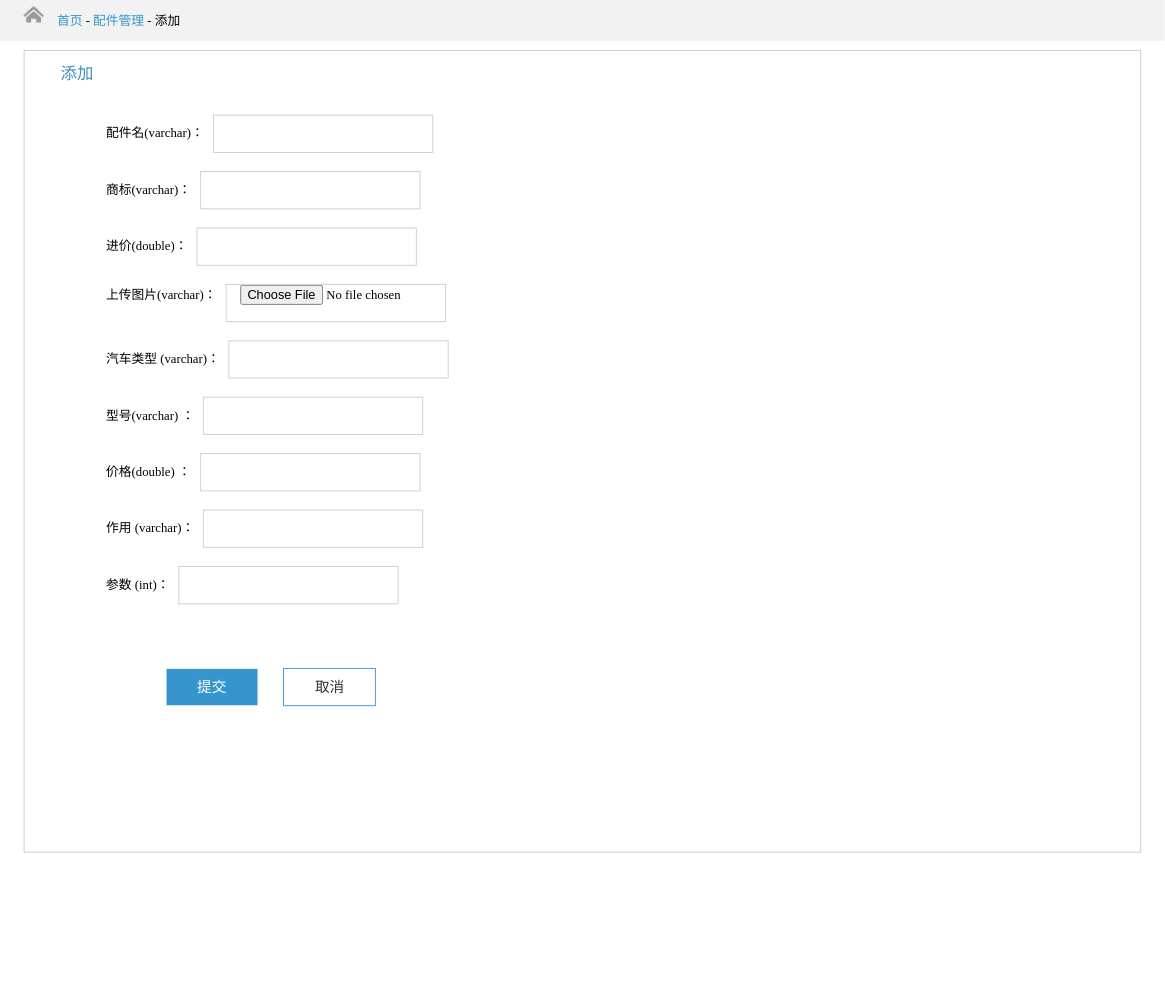
Repository: liaojingrui01/CarRepair
Page: http://localhost/CarWebPro/backstage/peijianadd.jsp
An editor plug-in stored every save of this project. The page is shown before and after the next save, followed by the edit.
The browser window is 1280 px wide. The pictures show the whole page, at 91% of full size.
The page is served by Tomcat 9. Other server files are loaded and not shown. The template is opened directly, without the code that normally fills it, so the values that code supplies are empty.

Above is the page before, as saved 2019-07-04 01:50:15.

### CarWebPro/WebContent/backstage/peijianadd.jsp
<%@ page language="java" contentType="text/html; charset=utf-8"
    pageEncoding="utf-8"%>
<!DOCTYPE html PUBLIC "-//W3C//DTD XHTML 1.0 Transitional//EN" "http://www.w3.org/TR/xhtml1/DTD/xhtml1-transitional.dtd">
<html xmlns="http://www.w3.org/1999/xhtml">
<head>
<meta http-equiv="Content-Type" content="text/html; charset=utf-8" />
<title>配件添加</title>
<link rel="stylesheet" type="text/css" href="./css/css.css" />
<script type="text/javascript" src="./js/jquery.min.js"></script>
</head>
<body>
	<div id="pageAll">
		<div class="pageTop">
			<div class="page">
				<img src="/CarWebPro/backstage/img/coin02.png" /><span><a href="/CarWebPro/backstage/index.jsp" target="index">首页</a>&nbsp;-&nbsp;<a
					href="/CarWebPro/backstage/index.jsp" target="index">配件管理</a>&nbsp;-</span>&nbsp;添加
			</div>
		</div>
		<div class="page ">
			<!-- 上传广告页面样式 -->
			<div class="banneradd bor">
				<div class="baTopNo">
					<span>添加</span>
				</div>
				<div class="baBody">
      <form action="${pageContext.request.contextPath }/StoUrl?op=saveBanner" method="post" enctype="multipart/form-data">
					<div class="bbD">
						配件名(varchar)：<input type="text" class="input3" name="partsName" />
					</div>
					<div class="bbD">
						商标(varchar)：<input type="text" class="input3" name="brand" />
					</div>
					<div class="bbD">
						进价(double)：<input type="text" class="input3" name="enterprise" />
					</div>
					<div class="bbD">
						上传图片(varchar)：<input type="file" class="input3" name="imge" />
					</div>
					<div class="bbD">
						汽车类型 (varchar)：<input type="text" class="input3" name="carType" />
					</div>
					<div class="bbD">
						型号(varchar) ：<input type="text" class="input3" name="typeNum" />
					</div>
					<div class="bbD">
						价格(double) ：<input type="text" class="input3" name="price" />
					</div>
					<div class="bbD">
						作用 (varchar)：<input type="text" class="input3" name="effect" value="${stoEnt.effect}"/>
					</div>
					<div class="bbD">
						参数 (int)：<input type="text" class="input3" name="num" value="${stoEnt.num}"/>
					</div>


					<div class="bbD">
						<p class="bbDP">
							<button class="btn_ok btn_yes" type="submit">提交</button>
							<a class="btn_ok btn_no" href="${pageContext.request.contextPath }/StoUrl?op=queryList" target="main">取消</a>

						</p>
					</div>
				</form>
				</div>
			</div>

			<!-- 上传广告页面样式end -->
		</div>
	</div>
</body>
</html>

### CarWebPro/WebContent/backstage/css/css.css
@charset "utf-8";

* {
	padding: 0;
	margin: 0;
	font-family: "Microsoft YaHei";
	font-size: 14px;
}
#hides{display: none;}
a {
	text-decoration: none;
}

li {
	list-style-type: none;
}

/*全局定义css*/
#pageAll {
	width: 100%;
	overflow: hidden;
}

#pageAll .page {
	width: 96%;
	margin: 0px auto;
}

.pageTop {
	width: 100%;
	height: 45px;
	line-height: 45px;
	background-color: #f2f2f2;
}

.pageTop span {
	margin-left: 15px;
}

.pageTop a {
	color: #3695cc;
}

/*表格和 分页公共CSS*/
table {
	border-collapse: collapse;
}

tr {

}

td {
	text-align: center;
	border: 1px solid #dcdbdb;
}

.tdColor {
	height: 40px;
	background-color: #f2f2f2;
	color: #438eb9;
}

.tdC {
	color: #333;
}

.paging {
	width: 100%;
	margin-top: 50px;
	margin-bottom: 90px;
	text-align: right;
}
/*表格和 分页公共CSS end*/

/*广告页面CSS*/
.banner {

}

.banner .add {
	width: 100%;
	height: 120px;
}

.addA {
	display: inline-block;
	width: 160px;
	height: 35px;
	background-color: #47a4e1;
	line-height: 35px;
	text-align: center;
	color: #fff;
	margin-top: 40px;
	margin-left: 40px;
	font-size: 16px;
}
.hbHides1{display: none;}
.banner .banShow {

}

.banner .banShow .bsImg {
	margin-top: 15px;
	margin-bottom: 15px;
	width: 185px;
	height: 90px;
	overflow: hidden;
	margin-left: 66px;
}

.banner .banShow .bsImg img {
	max-width: 100%;
	max-height: 100%;
}

.banner .banShow .bsA {
	color: #333;
}

.operation {
	margin-left: 5px;
	margin-right: 5px;
	cursor: pointer;
}

.banDel {
	width: 100%;
	height: 100%;
	background-color: rgba(0, 0, 0, 0.29);
	position: fixed;
	top: 0px;
	display: none;
}

.cutMoney {
	width: 100%;
	height: 100%;
	background-color: rgba(0, 0, 0, 0.29);
	position: fixed;
	top: 0px;
	display: none;
}

.delete {
	width: 460px;
	margin: auto;
	background-color: #fff;
	text-align: center;
	position: relative;
	top: 20%;
}

.delete .close {
	height: 30px;
	text-align: right;
}

.delete .close img {
	margin-right: 5px;
	margin-top: 5px;
	cursor: pointer;
}

.banDel .delete .delP1 {
	margin-top: 40px;
	font-size: 20px;
}

.banDel .delete .delP2 {

}

.banDel .delete .delP2 .ok {
	display: inline-block;
	width: 100px;
	height: 40px;
	line-height: 40px;
	background-color: #3695cc;
	color: #fff;
	margin-top: 65px;
	margin-left: 25px;
	margin-right: 25px;
	font-size: 16px;
	cursor: pointer;
	margin-bottom: 65px;
}

.banDel .delete .delP2 .yes {
	color: #333;
	background-color: #fff;
	border: 1px solid #3695cc;
}

.banDel .delete .delP2 .no {

}
/*广告页面CSS end*/

/*广告上传编辑页面CSS*/
.bor {
	border: 1px solid #ccc;
}

.banneradd {
	margin-bottom: 160px;
	margin-top: 10px;
}

.baTopNo {
	width: 100%;
	border: none;
}

.baTopNo span {
	height: 50px;
	line-height: 50px;
	margin-left: 40px;
	font-size: 18px;
	color: #438eb9;
}

.baTop {
	width: 100%;
	border-bottom: 1px solid #ccc;
}

.baTop span {
	height: 50px;
	line-height: 50px;
	margin-left: 40px;
	font-size: 18px;
	color: #438eb9;
}

.baBody {
	margin-top: 20px;
	margin-left: 90px;
}

.bbD {
	margin-top: 20px;
}

.bbD .bbDP {

}

.bbD .bbDP .btn_ok {
	display: inline-block;
	width: 100px;
	height: 40px;
	line-height: 40px;
	background-color: #3695cc;
	color: #fff;
	margin-top: 50px;
	margin-right: 25px;
	font-size: 16px;
	cursor: pointer;
	text-align: center;
	margin-bottom: 160px;
	border: none;
}

.bbD .bbDP .btn_no {
	color: #333;
	background-color: #fff;
	border: 1px solid #3695cc;
}

.bbD .bbDP .btn_yes {
	margin-left: 66px;
}

.bbD .bbDd {
	width: 280px;
	height: 210px;
}
.bbD .selCss{
	width: 300px;
    height: 40px;
    border: 1px solid #ccc;
    text-indent: 15px;
}

.bbD .input1 {
	width: 300px;
	height: 40px;
	border: 1px solid #ccc;
	text-indent: 15px;
}

.bbD .input2 {
	width: 100px;
	height: 40px;
	border: 1px solid #ccc;
}

.bbD .input3 {
	width: 240px;
	height: 40px;
	border: 1px solid #ccc;
	text-indent: 15px;
	margin-left: 10px;
}
.bbD .UPimgD{width: 155px;height: 175px;position: relative;left: 83px;top: -20px;}
.bbD .UPimgD img.img{width: 100%;}
.bbD .UPimgD .FileD{width: 155px;height: 175px;overflow: hidden;position: absolute;top: 0px;}
.bbD .UPimgD .FileD .addFile{width: 100%;height: 100%;opacity: 0;filter: Alpha(Opacity=0);}
.bbD .bbDImg {
	width: 160px;
	height: 180px;
	background-color: #c6c6c6;
	text-align: center;
	line-height: 180px;
	font-size: 55px;
	color: #fff;
	margin-left: 72px;
	margin-top: -16px;
}

.bbD .bbDImg .Img1 {
	width: 160px;
	height: 180px;
	margin-top: -180px;
}

.bbD .file {
	width: 160px;
	height: 180px;
	position: relative;
	top: -180px;
	left: 45px;
	opacity: 0;
	filter: alpha(opacity = 0);
}

.bbD .bbDDel {
	float: right;
	margin-top: -20px;
	color: #ff0000;
}

.bbD label {
	margin-left: 15px;
	margin-right: 15px;
}

/*广告上传编辑页面CSS*/

/*意见管理页面CSS*/
.opinion {

}

.opinion .opShow {
	margin-top: 40px;
	margin-bottom: 95px;
}
/*意见管理页面CSS end*/

/*行家管理页面CSS*/
.connoisseur {

}

.conShow {
	margin-top: 30px;
}

.onsImg {
	width: 75px;
	height: 75px;
	margin-top: 25px;
	margin-left: 46px;
	overflow: hidden;
	margin-bottom: 25px;
}

.onsImg img {
	max-width: 100%;
	max-height: 100%;
}

.cfD {
	margin-top: 15px;
}

.cfD select {
	width: 200px;
	height: 30px;
	border: 1px solid #ccc;
	margin-left: 15px;
	margin-right: 45px;
	color: #999;
	text-indent: 15px;
}

.cfD .bselect {
	width: 140px;
}

.cfD label {
	margin-left: 20px;
}

.cfD .lar {
	margin-right: 45px;
}

.cfD .addUser {
	width: 220px;
	height: 30px;
	border: 1px solid #ccc;
	text-indent: 15px;
}

.cfD .button {
	margin-left: 10px;
	width: 135px;
	height: 30px;
	border: none;
	font-size: 16px;
	color: #fff;
	background-color: #47a4e1;
}

.cfD .addA1 {
	margin-top: 10px;
	margin-left: 120px;
}
/*行家管理页面CSS end*/

/*会员管理页面CSS*/
.vip {

}

.cfD .vpr {
	margin-right: 45px;
}

.cfD .vinput {
	width: 150px;
	height: 30px;
	border: 1px solid #ccc;
	text-indent: 15px;
}

.cfD .addA2 {
	margin-left: 30px;
}

.onsImgv {
	margin-left: 90px;
	margin-top: 25px;
}

.vip .vipinput {
	width: 55px;
	height: 25px;
	border: 1px solid #ccc;
	margin: 0px 10px;
}

.vip .vsAdd {
	display: inline-block;
	width: 50px;
	height: 25px;
	background-color: #2a9cdd;
	line-height: 25px;
	color: #fff;
	cursor: pointer;
	text-align: center;
}

.vip .vsAdd2 {
	background-color: white;
	color: #2a9cdd;
	border: 1px solid #2a9cdd;
	height: 23px;
	line-height: 23px;
	margin-left: 10px;
}

.bbD .vipHead {
	width: 75px;
	height: 75px;
	overflow: hidden;
	margin-top: -15px;
	margin-left: 82px;
}

.bbD .vipHead img {
	max-width: 100%;
	max-height: 100%;
}

.bbD .vipHead .vipP {
	position: relative;
	top: -17px;
	width: 100%;
	height: 15px;
	background-color: rgba(0, 0, 0, 0.25);
	color: #fff;
	text-align: center;
}

.bbD .vipHead .file1 {
	position: relative;
	top: -32px;
	width: 100%;
	height: 15px;
	background-color: rgba(0, 0, 0, 0.25);
	color: #fff;
	text-align: center;
	opacity: 0;
	filter: alpha(opacity = 0);
}

.bbD .vipHead1 {
	width: 75px;
	height: 75px;
	overflow: hidden;
	margin-top: -15px;
	margin-left: 105px;
}
.bbD .ptH{height: 40px;}

.bbD .btext2 {
	margin-top: -15px;
	margin-left: 105px;
}

.bbD .text2 {
	max-width: 670px;
	min-width: 670px;
	max-height: 120px;
	min-height: 120px;
	color: #333;
	text-indent: 15px;
}

.bbD .btext {
	margin-top: -15px;
	margin-left: 82px;
}
.bbD .text5{width: 540px;height: 110px;}

.bbD .bsp2{
    position: relative;
    top: -90px;
}
.bbD .bewm{
	width: 240px;
    height: 240px;
    border: 3px solid #807e7e;
    position: relative;
    top: -10px;
    left: 85px;
}

.bbD .bewm img{
	max-width: 100%;
}

.bbD .btext .text1 {
	max-width: 670px;
	min-width: 670px;
	max-height: 240px;
	min-height: 240px;
	color: #333;
	text-indent: 15px;
}

/*会员管理页面CSS end*/
.cfD .timeInput {
	width: 170px;
	height: 30px;
	border: 1px solid #ccc;
	text-indent: 15px;
}

/*话题管理页面CSS*/
.topic {

}

.topicP {
	margin-top: -5px;
	margin-bottom: 15px;
}

.topic .topicP .topicImg {
	margin-left: 10px;
}
/*话题管理页面CSS end*/

/*心愿管理页面 、约见管理页面CSS*/
.wishShow {
	margin-top: 30px;
}

.wishShow .wishImgv {
	margin-left: 60px;
}

.onsInmA {
	margin-left: 100px;
}

.tpapA {
	color: #333;
}

#inputSTWish {
	width: 100px;
}
/*心愿管理页面CSS、、约见管理页面CSS end*/
.cfD .userinput {
	width: 220px;
	height: 40px;
	border: 1px solid #ccc;
	text-indent: 15px;
	color: #999;
}

.cfD .userbtn {
	margin-left: 60px;
	width: 135px;
	height: 40px;
	border: none;
	font-size: 16px;
	color: #fff;
	background-color: #47a4e1;
}

/*修改密码*/
.bacen {
	margin: auto;
	width: 400px;
	margin-top: 60px;
}

.imga {
	display: none;
}

.imgb {
	display: none;
}

/*新增加弹出框样式    增加金额和减少金额   hy*/
/*.addMoney{}
.addMoney .addDivs{}
.addMoney .addDivs .addDimg{}
.addMoney .addDivs .addDimg{}*/
.addDivs .addDimg img.user {
	width: 100px;
	margin-top: 50px;
}

.addDivs .addDName {
	font-size: 16px;
	margin-top: 15px;
	color: #333;
}

.addDivs .addDps {
	margin-top: 20px;
	color: #666;
}

.addDivs .addDps input {
	height: 30px;
	border: 1px solid #ccc;
	text-indent: 10px;
}

.addDivs .addDps .come1 {
	width: 155px;
	height: 30px;
	margin-left: -5px;
	border: 1px solid #ccc;
	text-indent: 10px;
	color: #666;
}

.addDivs .addDps .come2 {
	width: 155px;
	height: 30px;
	margin-left: -5px;
	border: 1px solid #ccc;
	text-indent: 10px;
	color: #666;
}

.addDivs .addDps .area {
	border: 1px solid #ccc;
	text-indent: 10px;
	margin-left: 4px;
	width: 155px;
	min-width: 155px;
	max-width: 155px;
	height: 60px;
	min-height: 60px;
	max-height: 60px;
}

.addDivs .addDps .spanVIPs {
	position: relative;
	top: -44px;
	left: 5px;
}

.banDel .delete .delP2 .moneyAdd1 {
	background-color: #3695cc;
	color: white;
}

.banDel .delete .delP2 .moneyAdd2 {
	background-color: white;
	color: #3695cc;
	border: 1px solid #3695cc;
	height: 38px;
	line-height: 40px;
}

/*新样式修复***添加话题*/
.addHTs {
	display: inline-block;
	width: 40px;
	height: 18px;
	line-height: 18px;
	background-color: #47a4e1;
	color: white;
	padding: 4px;
	position: relative;
	top: -5px;
}


/*11.25   新地址选择页面CSS   公共样式   hy*/
.ctAlert{display: none;width: 100%;height: 100%;position: fixed;top: 0px;background-color: rgba(0, 0, 0, 0.4);}
.citys{width: 90%;margin: 0px auto;background-color: white;  margin-top: 50px;padding-bottom: 20px;}
.citys .getCtys{min-height: 50px;padding-top: 50px;padding-left: 40px;float: left;font-size: 16px;  color: #666;  width: 80%;}
.citys .closeCys{min-height: 50px;float: right;width: 120px;height: 40px;background-color: #3695cc;line-height: 50px;text-align: center;position:relative;top: 50px;right: 100px;color: white;font-size: 16px;cursor: pointer;}
.citys .cityDiv{clear: both;width: 90%;margin: 0px auto;  margin-bottom: 30px;}
.citys .cityDiv .cts{display: inline-block;width: 20px;height: 20px;font-size: 18px;color: #3695cc;}
.citys .cityDiv .ctn{display: inline-block;font-size: 16px;padding-left: 5px;padding-right: 5px;padding-bottom: 3px;cursor: pointer;color: #666;}
.citys .cityDiv .ctn:hover{color: white;background-color:#3695cc;}
/*添加进来的DIV*/
.citys .getCtys .ctn{display: inline-block;padding-left: 5px;padding-right: 5px;color: #3695cc;font-size: 16px;cursor: pointer;}
/*11.25   新地址选择页面CSS   公共样式   hy    end  */

Loaded but not shown: CarWebPro/WebContent/backstage/js/jquery.min.js (library)

After the next save:
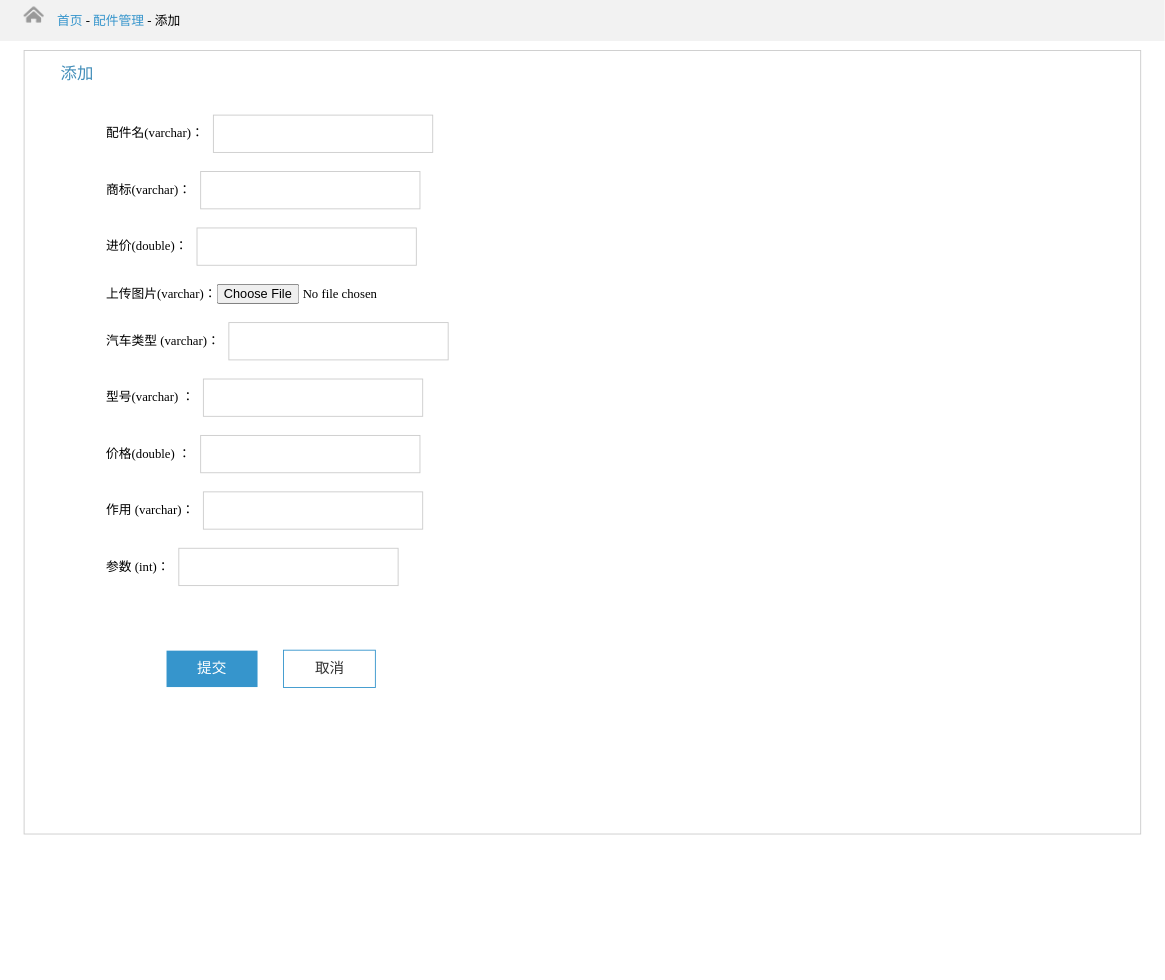
Saved 8 s later.
--- a/CarWebPro/WebContent/backstage/peijianadd.jsp
+++ b/CarWebPro/WebContent/backstage/peijianadd.jsp
@@ -34,7 +34,7 @@
 						进价(double)：<input type="text" class="input3" name="enterprise" />
 					</div>
 					<div class="bbD">
-						上传图片(varchar)：<input type="file" class="input3" name="imge" />
+						上传图片(varchar)：<input type="file"  name="imge" />
 					</div>
 					<div class="bbD">
 						汽车类型 (varchar)：<input type="text" class="input3" name="carType" />
